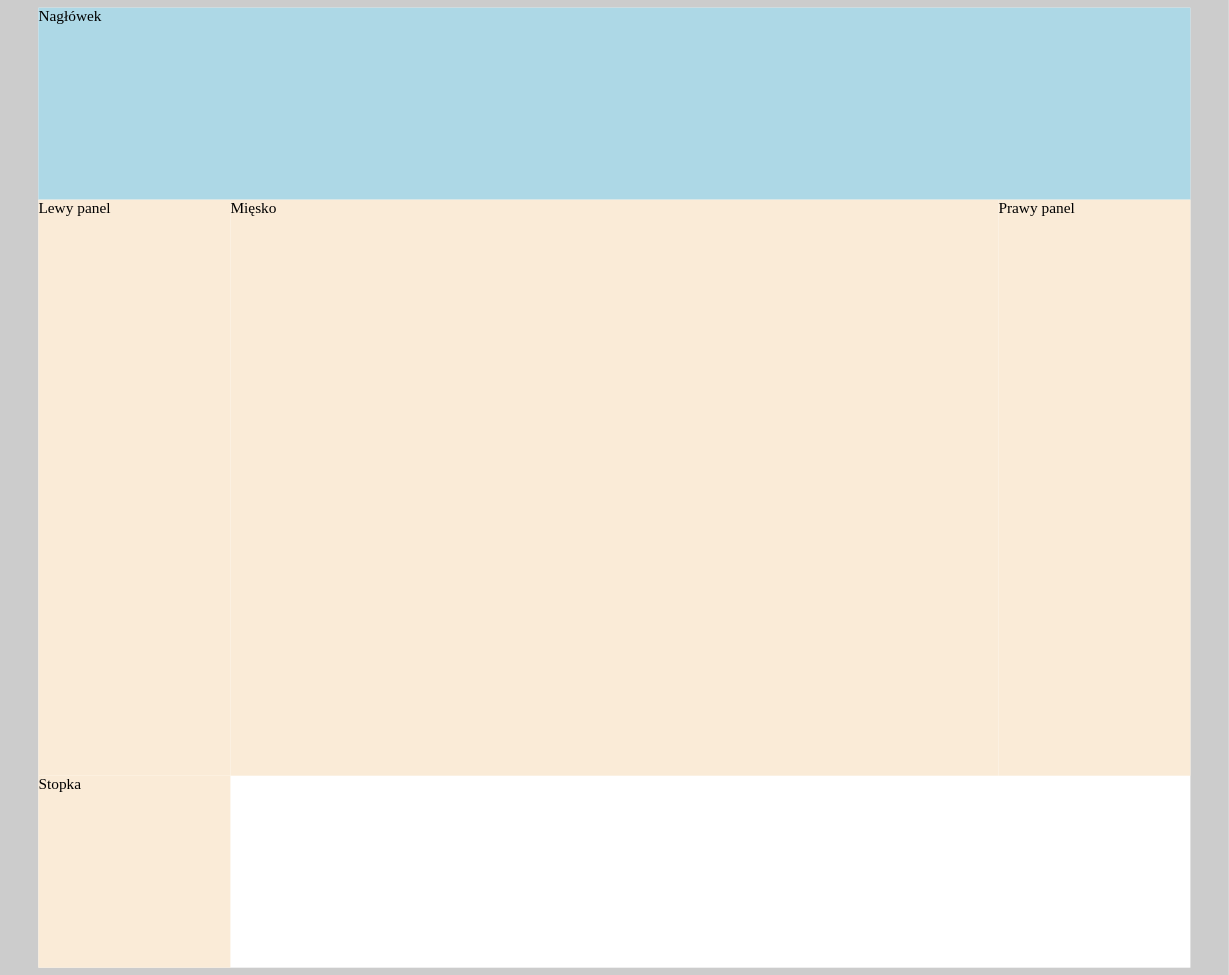
Repository: Gumiin/studia
Page: wykłady/14.04/index.html
The author's editor kept a copy of each file at every save. The page is drawn from the files as they stood at one save, then again after the next save.
The browser window is 1280 px wide. The pictures show the whole page, at 96% of full size.

Above is the page before, as saved 2021-04-14 14:07:18.

After the next save:
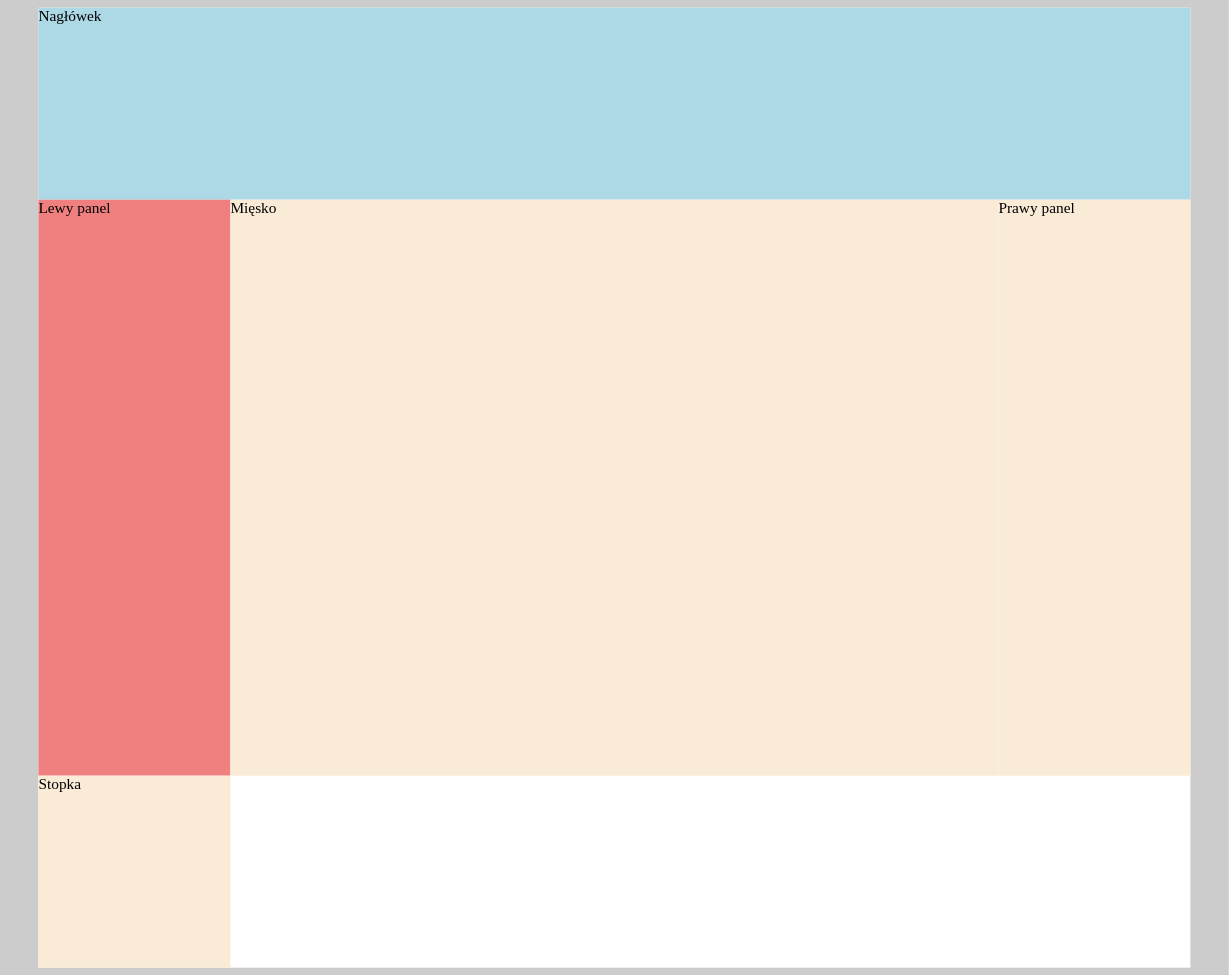
Saved 2 min 4 s later.
--- a/wykłady/14.04/style.css
+++ b/wykłady/14.04/style.css
@@ -25,3 +25,6 @@
     /* grid-row: 1/3; */
     /* grid-column: 1/4; */
 }
+aside{
+    background-color: lightcoral;
+}
